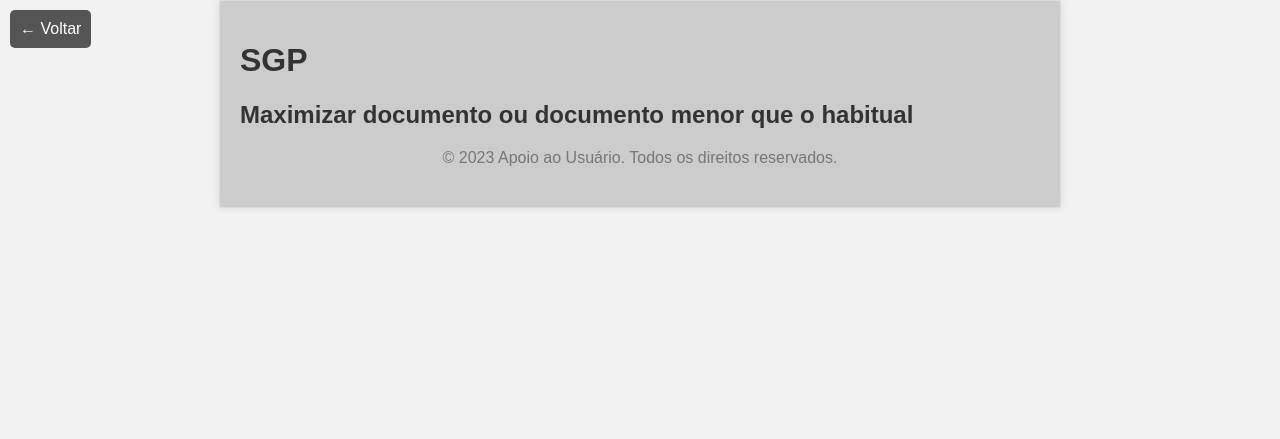
Repository: I4guito/dicasdez
Page: Dicas site/Dicas/SGP.html
An editor plug-in stored every save of this project. The page is shown before and after the next save, followed by the edit.
The browser window is 1280 px wide. The pictures show the whole page.

Above is the page before, as saved 2023-12-05 13:29:37.

After the next save:
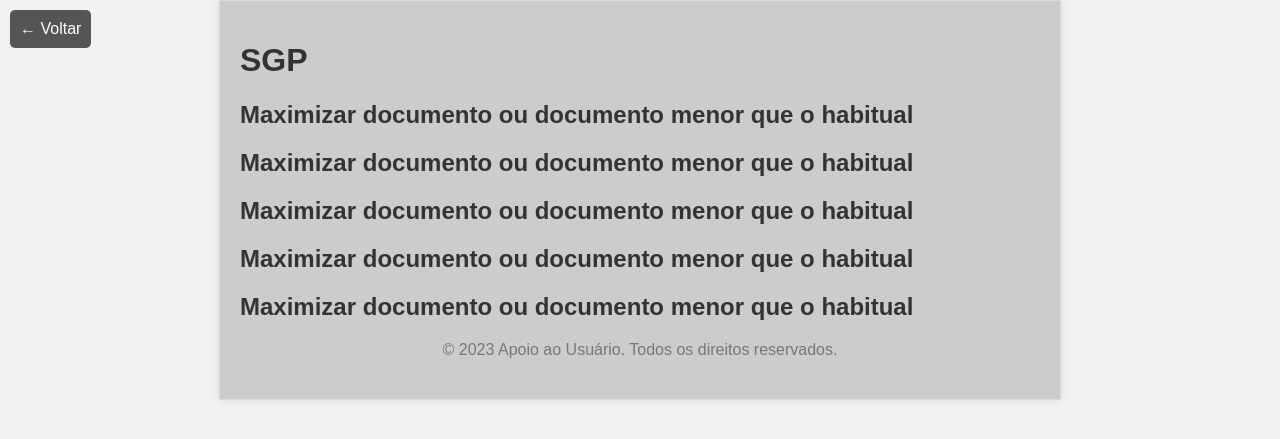
Saved 14 s later.
--- a/Dicas site/Dicas/SGP.html
+++ b/Dicas site/Dicas/SGP.html
@@ -21,6 +21,42 @@
                 <li></li>
             </ul>
         </section>
+
+        <section>
+            <h2>Maximizar documento ou documento menor que o habitual</h2>
+            <p></p>
+            <ul>
+                <li></li>
+                <li></li>
+            </ul>
+        </section>
+
+        <section>
+            <h2>Maximizar documento ou documento menor que o habitual</h2>
+            <p></p>
+            <ul>
+                <li></li>
+                <li></li>
+            </ul>
+        </section>
+
+        <section>
+            <h2>Maximizar documento ou documento menor que o habitual</h2>
+            <p></p>
+            <ul>
+                <li></li>
+                <li></li>
+            </ul>
+        </section>
+
+        <section>
+            <h2>Maximizar documento ou documento menor que o habitual</h2>
+            <p></p>
+            <ul>
+                <li></li>
+                <li></li>
+            </ul>
+        </section>
         <footer>
             <p>&copy; 2023 Apoio ao Usuário. Todos os direitos reservados.</p>
         </footer>
